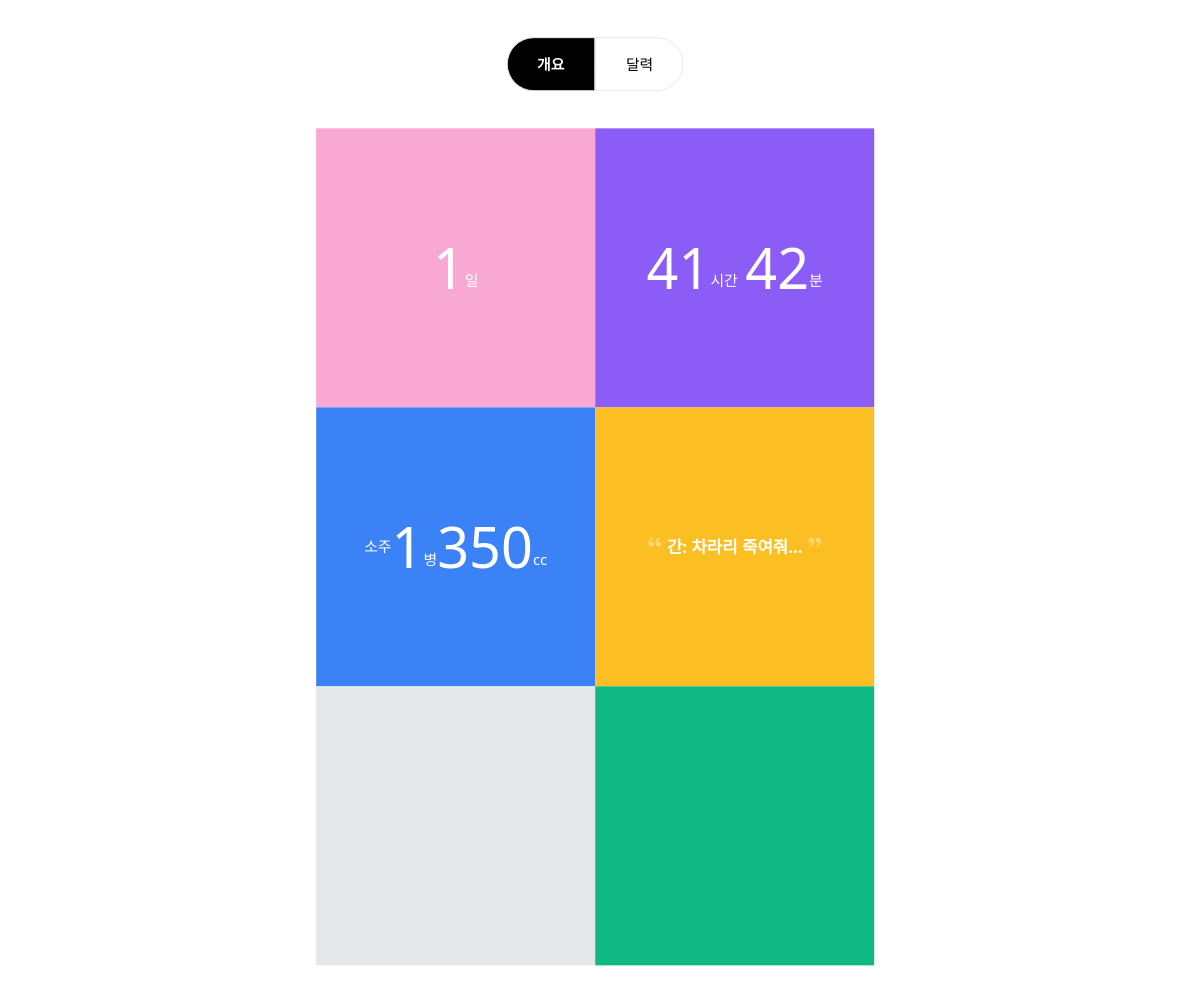
Repository: honey-punch/my-alcohol
Page: /
An editor plug-in stored every save of this project. The page is shown before and after the next save, followed by the edit.
The browser window is 1280 px wide. The pictures show the whole page, at 93% of full size.
The project was rebuilt for these pictures with package versions that can differ from the ones it lists, and the page was loaded fresh each time. The framework's server and built-in components were replaced by stand-ins that run in the browser. Also part of the build but not shown: next.config.ts, src/app/_component/Calendar.tsx.

Above is the page before, as saved 2025-02-10 16:20:54.

After the next save:
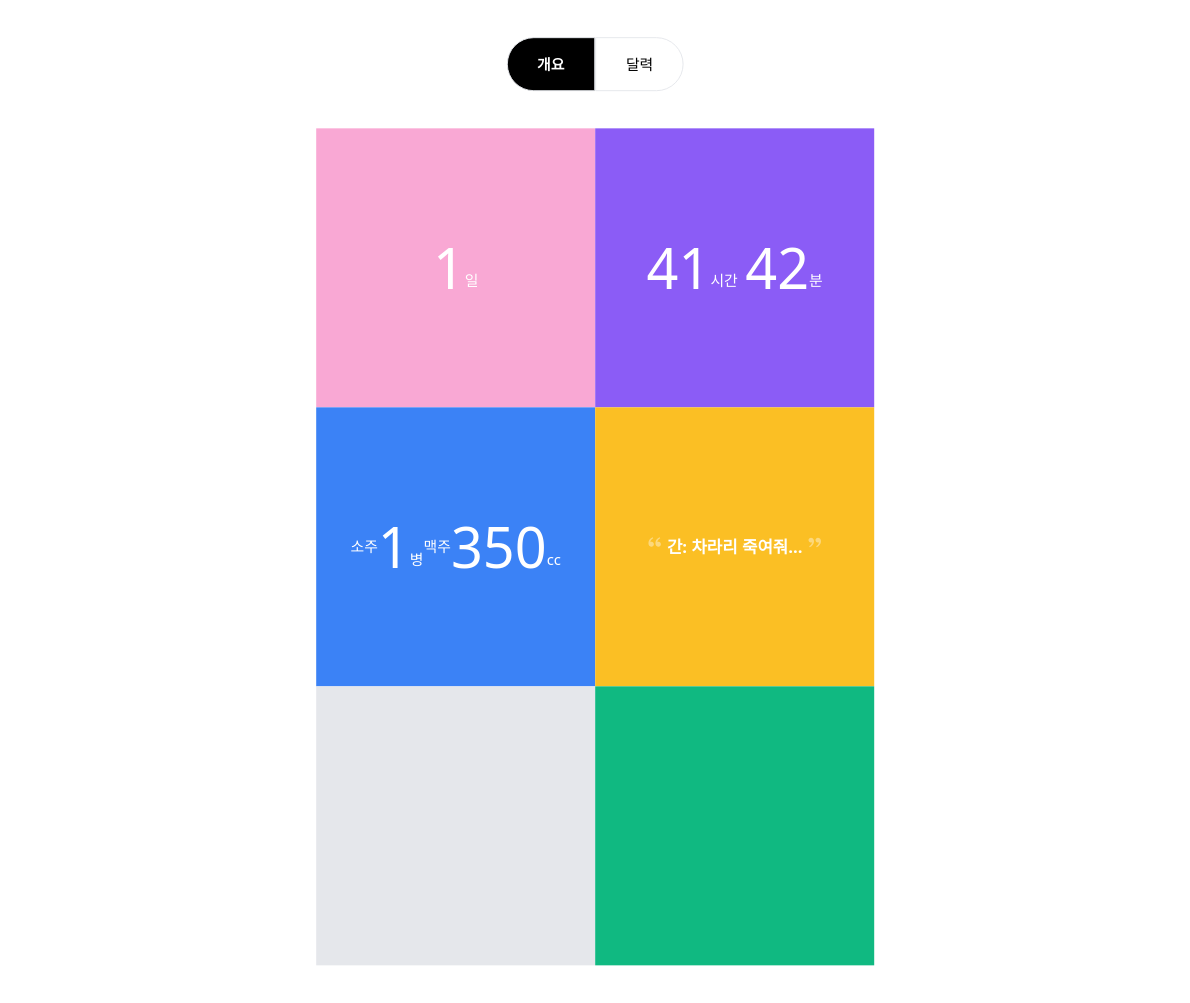
Saved 17 s later.
--- a/src/app/_component/Summary.tsx
+++ b/src/app/_component/Summary.tsx
@@ -68,6 +68,7 @@ export default function Summary() {
         <span>소주</span>
         <span className="text-6xl">{ex.soju}</span>
         <span className="mt-7">병</span>
+        <span>맥주</span>
         <span className="text-6xl">{ex.beer}</span>
         <span className="mt-7">cc</span>
       </div>
